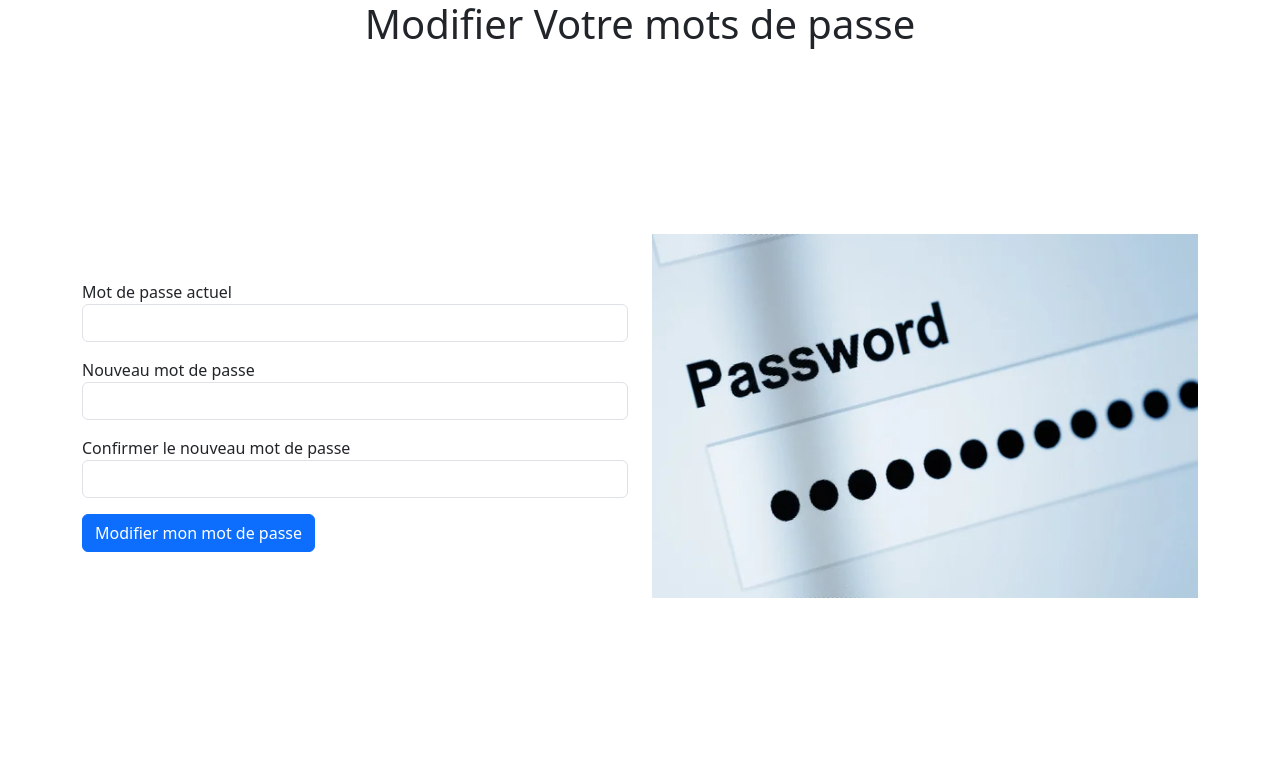
Repository: khadyba/GestionEtablissementScolaire
Page: resources/views/Professeurs/updatePassword.blade.php
An editor plug-in stored every save of this project. The page is shown before and after the next save, followed by the edit.
The browser window is 1280 px wide. The pictures show the whole page.
The page is served by the project's Laravel application, run on PHP 8.4 with Laravel 9. Other server files are loaded and not shown. The template is opened directly, without the code that normally fills it, so the values that code supplies are empty.

Above is the page before, as saved 2024-11-13 11:06:03.

### sunuEcole/routes/web.php
<?php

use App\Models\Classe;
use Illuminate\Support\Facades\Route;
use App\Http\Controllers\UsersController;
use App\Http\Controllers\ClasseController;
use App\Http\Controllers\ElevesController;
use App\Http\Controllers\ParentsController;
use App\Http\Controllers\PaymentController;
use App\Http\Controllers\AdminLoginController;
use App\Http\Controllers\ProfesseurController;
use App\Http\Controllers\ElevesCoursController;
use App\Http\Controllers\EvaluationsController;
use App\Http\Controllers\EtablissementController;
use App\Http\Controllers\SalleDeClasseController;
use App\Http\Controllers\AdministrateurController;
use App\Http\Controllers\EmploisDuTempsController;
use App\Http\Controllers\NotesController;
use App\Models\Administrateur;
use App\Models\Parents;

/*
|--------------------------------------------------------------------------
| Web Routes
|--------------------------------------------------------------------------
|
| Here is where you can register web routes for your application. These
| routes are loaded by the RouteServiceProvider within a group which
| contains the "web" middleware group. Now create something great!
|
*/

Route::get('/', function () {
    return view('layouts.app');
})->name('home');
            // Routes pour les utilisateurs
Route::prefix('users')->name('users.')->group(function () {
    Route::get('create', [UsersController::class, 'create'])->name('create');
    Route::post('/', [UsersController::class, 'store'])->name('store');
    Route::get('login', [UsersController::class, 'connection'])->name('login');
    Route::post('logout', [UsersController::class, 'logout'])->name('logout');
    Route::post('login', [UsersController::class, 'LoginForm'])->name('login.submit')->middleware('checkProfileCompletion');
});

// Routes pour creer  les administrateurs
Route::prefix('administrateurs')->name('administrateurs.')->group(function () {
    Route::get('create', [AdministrateurController::class, 'create'])->name('create');
    Route::post('/', [AdministrateurController::class, 'store'])->name('store');
});
// Routes pour la gestion de la connexion des administrateurs
Route::prefix('admin')->name('admin.')->group(function () {
    Route::get('login', [AdminLoginController::class, 'showLoginForm'])->name('login');
    Route::post('login', [AdminLoginController::class, 'login'])->name('login.submit');
    Route::post('logout', [AdminLoginController::class, 'logout'])->name('logout');
});
// route pour les administrateur dejat connecter
Route::middleware(['auth:admin'])->group(function () {
    Route::get('/admin/dashboard', [AdministrateurController::class, 'index'])->name('admin.dashboard');
    Route::post('/etablissement/creer', [EtablissementController::class, 'store'])->name('etablissements.store');
    Route::get('/etablissement/formulaire', [EtablissementController::class, 'create'])->name('etablissement.formulaire');
    Route::get('/admin/profile/edit', [AdministrateurController::class, 'edit'])->name('admin.profile.edit');
    Route::put('/admin/profile/update', [AdministrateurController::class, 'update'])->name('admin.profile.update');
    Route::get('/classes/create', [ClasseController::class, 'create'])->name('classes.create');
    Route::post('/classes', [ClasseController::class, 'store'])->name('classes.store');
    Route::get('/listDesClasses',[ClasseController::class,'index'])->name('classes.index');
    Route::get('/classes/{id}', [ClasseController::class, 'show'])->name('classes.show');
    Route::get('/classes/{id}/edit',[ClasseController::class,'edit'])->name('classes.edit');
    Route::put('/classes/{id}/update',[ClasseController::class,'update'])->name('classes.update');
    Route::delete('/classes/{id}',[ClasseController::class,'destroy'])->name('classes.destroy');
    Route::get('/classes/{id}/cours', [AdministrateurController::class, 'listeCours'])->name('list');
    // route pour creer les salle de classe
    Route::get('/admin/salles/create', [SalleDeClasseController::class, 'create'])->name('admin.salles.create');
    Route::post('/admin/salles/store', [SalleDeClasseController::class, 'store'])->name('admin.salles.store');
    Route::get('/admin/salles-de-classe', [SalleDeClasseController::class, 'index'])->name('admin.salles-de-classe.index');
    Route::get('/admin/sallesclasse/{id}/edit', [SalleDeClasseController::class, 'edit'])->name('admin.salles-de-classe.edit');
    Route::post('/admin/sallesclasse/{id}', [SalleDeClasseController::class, 'update'])->name('admin.salles-de-classe.update');
    Route::delete('/admin/sallesclasse/{id}', [SalleDeClasseController::class, 'destroy'])->name('admin.salles-de-classe.destroy');
    // route pour les affectations
    Route::get('/classes/{id}/eleves', [ClasseController::class, 'assignStudents'])->name('classes.assign.students');
    Route::get('/admin/eleves-inscrits', [AdministrateurController::class, 'listeElevesInscrits'])->name('admin.eleves.inscrits');
    Route::post('assign-eleves/{id}', [ClasseController::class, 'storeAssignedStudents'])->name('assign.eleves.store');
    Route::get('/classes/{id}/professeurs', [ClasseController::class, 'assignTeachers'])->name('classes.assign.teachers');
    Route::post('/classes/{id}/professeurs', [ClasseController::class, 'storeAssignedTeacher'])->name('classes.assign.teachers.store');
    Route::delete('/classes/{classeId}/professeurs/{professeurId}', [ClasseController::class, 'detachProfesseurFromClasse'])->name('classes.professeurs.detach');
    Route::delete('/classes/{classeId}/eleves/{eleveId}', [ClasseController::class, 'detachEleveClasse'])->name('classes.eleve.detach');
    Route::get('/classes/{classeId}/professeurs/manage', [ClasseController::class, 'manageProfessors'])->name('classes.professeurs.manage');
    Route::get('/classes/{classeId}/eleves/manage', [ClasseController::class, 'manageEleves'])->name('classes.eleves.manage');
    // route pour la gestion des emplois du temps
    Route::get('/emplois_du_temps', [EmploisDuTempsController::class, 'index'])->name('emplois_du_temps.index');
    Route::get('/emplois_du_temps/create/{classe}', [EmploisDuTempsController::class, 'create'])->name('emplois_du_temps.create');
    Route::post('/emplois_du_temps/store/{classe}', [EmploisDuTempsController::class, 'store'])->name('emplois_du_temps.store');
    Route::get('/emplois-du-temps/{id}/download', [EmploisDuTempsController::class, 'download'])->name('emplois_du_temps.download');
    // route pour l'ajout des professeur
    Route::get('/listProfAjouter',[AdministrateurController::class,'index'])->name('list.index');
    Route::get('/formulairAjout',[AdministrateurController::class,'formulaire'])->name('affiche.formulaire');
    Route::post('/AjouterProf',[AdministrateurController::class,'ajouterProfesseur'])->name('Ajout.ajouterProfesseur');

    Route::get('/professeurs', [AdministrateurController::class, 'listProfessors'])->name('professeurs.list');
    Route::delete('/professeurs/{id}', [AdministrateurController::class, 'destroyProfessor'])->name('professeurs.destroy');

    // route pour le calcul des moyenne et generation des bultin de notes
    Route::get('admin/classes/{id}/notes', [NotesController::class, 'showClassNotes'])->name('classes.notes');
    Route::get('admin/classes/eleves/{eleveId}/calculer-moyenne', [NotesController::class, 'calculerMoyenne'])->name('eleves.calculer_moyenne');
    Route::get('admin/classes/{classeId}/eleves/{eleveId}/bulletin', [NotesController::class, 'genererBulletin'])->name('eleves.bulletin');
    Route::get('admin/classes/{classeId}/eleves/{eleveId}/notes', [NotesController::class, 'showBulletin'])->name('classes.bulletin');
});

Route::middleware(['auth', 'checkProfileCompletion'])->group(function () {
    // Routes pour les professeurs
    Route::middleware('professor')->prefix('professeurs')->name('professeurs.')->group(function () {
        Route::get('/complete-profil', [ProfesseurController::class, 'showCompleteProfileForm'])->name('complete-profile');
        Route::post('/complete-profil', [ProfesseurController::class, 'completeProfile'])->name('complete-profile.store');
        Route::get('/profile/edit', [ProfesseurController::class, 'editProfile'])->name('profile.edit');
        Route::put('/profile/update', [ProfesseurController::class, 'updateProfile'])->name('profile.update');
        Route::get('/dashboard', [ProfesseurController::class, 'index'])->name('dashboard');
        Route::get('/listDesClasses', [ProfesseurController::class, 'index'])->name('classes.index');
        Route::get('/classes/{id}', [ProfesseurController::class, 'show'])->name('classes.show');
        Route::get('/cours/create/{classe}', [ProfesseurController::class, 'create'])->name('cours.create');
        Route::post('/cours', [ProfesseurController::class, 'store'])->name('cours.store');
        Route::get('/classes/{id}/cours', [ProfesseurController::class, 'listeCours'])->name('cours.list');
        Route::get('/cours/{id}', [ProfesseurController::class, 'detailCours'])->name('cours.detail');
        Route::get('/cours/{id}/edit', [ProfesseurController::class, 'edit'])->name('cours.edit');
        Route::put('/cours/{id}', [ProfesseurController::class, 'update'])->name('cours.update');
        Route::delete('/cours/{id}', [ProfesseurController::class, 'destroy'])->name('cours.destroy');
        Route::get('/salles/salleDisponible/{id}', [SalleDeClasseController::class, 'afficherSallesDisponibles'])->name('salle.disponible');
        Route::post('/cours/{coursId}/assign-salle/{salleId}', [SalleDeClasseController::class, 'assignSalle'])->name('cours.assignSalle');
        Route::get('/cours/download/{id}', [ProfesseurController::class, 'download'])->name('cours.download');
        Route::get('/classes/{id}/evaluations/create', [EvaluationsController::class, 'create'])->name('evaluations.create');
        Route::post('/evaluations/store', [EvaluationsController::class, 'store'])->name('evaluations.store');
        Route::get('/classes/{classe}/evaluations', [EvaluationsController::class, 'listEvaluations'])->name('evaluations.list');
        Route::get('/classes/{classeId}/evaluations/{evaluationId}/add_notes', [EvaluationsController::class, 'showAddNotesForm'])->name('evaluations.add_notes');
        Route::post('/classes/{id}/ajouter-notes', [EvaluationsController::class, 'storeNotes'])->name('evaluations.store_notes');
        Route::get('/notes/{classeId}', [NotesController::class, 'index'])->name('notes.list');
        Route::get('/notes/{note}/edit', [NotesController::class, 'edit'])->name('notes.edit');
        Route::post('/notes/{note}', [NotesController::class, 'update'])->name('notes.update');
        Route::delete('/notes/{note}', [NotesController::class, 'destroy'])->name('notes.delete');
        Route::get('/fomulaire/modifications/password', [UsersController::class,'editpassword'])->name('formulaire.modifications');
        Route::put('/modifer/password', [UsersController::class, 'updatePassword'])->name('update.password');



    });

    // Routes pour les élèves
    Route::middleware('student')->prefix('eleves')->name('eleves.')->group(function () {
        Route::get('/dashboard', [ElevesController::class, 'index'])->name('dashboard');
        Route::get('/cours', [ElevesController::class, 'index'])->name('cours.index');
        Route::get('/cours/{id}', [ElevesController::class, 'show'])->name('cours.show');
        Route::get('/cours/download/{id}', [ProfesseurController::class, 'download'])->name('cours.download');
        Route::get('/classes', [ElevesCoursController::class, 'index'])->name('classes.index');
        Route::get('/classes/{id}', [ElevesCoursController::class, 'show'])->name('classes.detail');
        Route::get('/classe/{id}/cours', [ElevesCoursController::class, 'listCours'])->name('cours.list');
        Route::get('/cours/{id}', [ElevesCoursController::class, 'detailCours'])->name('cours.detail');
        Route::get('/complete-profile', [ElevesController::class, 'completerProfil'])->name('completeProfileForm');
        Route::post('/complete-profile', [ElevesController::class, 'store'])->name('completeProfile');

        Route::get('/profile/edit', [ElevesController::class, 'editProfile'])->name('profile.edit');
        Route::put('/profile/update', [ElevesController::class, 'updateProfile'])->name('profile.update');

        Route::get('/pay-inscription', [PaymentController::class, 'redirectToPayment'])->name('payInscription');
        Route::get('/classes/{classe}/evaluations', [ElevesCoursController::class, 'listEvaluations'])->name('evaluations.list');
        Route::get('/notes', [ElevesCoursController::class, 'listNotes'])->name('notes.list');
        Route::get('/classes/{classeId}/eleves/{eleveId}/notes', [ElevesController::class, 'showBulletin'])->name('bulletin');
    });

    // Routes pour les parents
    Route::middleware('parent')->prefix('parents')->name('parents.')->group(function () {
        Route::get('/dashboard', [ParentsController::class, 'index'])->name('dashboard');
        Route::get('/complete-profile', [ParentsController::class, 'completerProfil'])->name('completeProfileForm');
        Route::post('/complete-profile', [ParentsController::class, 'store'])->name('completeProfile');
        Route::get('/pay-inscription', [ParentsController::class, 'redirectToPayment'])->name('payInscription');
        Route::get('/eleves/{eleve}/emploi_du_temps', [ParentsController::class, 'showEmploiDuTemps'])->name('eleves.emploi_du_temps');
        Route::get('/eleves/notes', [ParentsController::class, 'showNotes'])->name('eleves.notes');
        Route::get('/classes/{classeId}/eleves/{eleveId}/notes', [ParentsController::class, 'showBulletin'])->name('eleves.bulletin');

        Route::get('/profile/edit', [ParentsController::class, 'editProfile'])->name('profile.edit');
        Route::put('/profile/update', [ParentsController::class, 'updateProfile'])->name('profile.update');
    });
});


 // route apres le payment sur paydunya
 Route::get('payment/success', [PaymentController::class, 'success'])->name('payment.success');
 Route::get('payment/cancel', [PaymentController::class, 'cancel'])->name('payment.cancel');
 Route::post('payment/callback', [PaymentController::class, 'callback'])->name('payment.callback');


 Route::get('/test', function () {
    return view('layouts-admin.index');
})->name('test');

### sunuEcole/resources/views/Professeurs/updatePassword.blade.php
<!DOCTYPE html>
<html>
<head>
<meta charset="UTF-8">
<meta name="viewport" content="width=device-width, initial-scale=1.0">
<title>Completer profile</title>
<link rel="icon" type="image/png" href="{{ asset('assets/img/canvas.png') }}">
<link href="https://cdn.jsdelivr.net/npm/bootstrap@5.3.3/dist/css/bootstrap.min.css" rel="stylesheet" integrity="sha384-QWTKZyjpPEjISv5WaRU9OFeRpok6YctnYmDr5pNlyT2bRjXh0JMhjY6hW+ALEwIH" crossorigin="anonymous">
</head>
<body>


<div class= "container ">

        <h1 class="text-center p-50">Modifier Votre mots de passe </h1>

        <div class="row   d-flex align-items-center justify-content-center vh-100">

            <div class="col-md-6">
                @if(session('success'))
                <div class="alert alert-success">
                    {{ session('success') }}
                </div>
               @endif
                <form action="{{ route('professeurs.update.password') }}" method="POST">
                    @csrf
                    @method('PUT')

                    @if($errors->any())
                        <div class="alert alert-danger">
                            <ul>
                                @foreach ($errors->all() as $error)
                                    <li>{{ $error }}</li>
                                @endforeach
                            </ul>
                        </div>
                    @endif

                    <div class="form-group mb-3">
                        <label for="current_password">Mot de passe actuel</label>
                        <input type="password" name="current_password" id="current_password" class="form-control" required>
                    </div>

                    <div class="form-group mb-3">
                        <label for="new_password">Nouveau mot de passe</label>
                        <input type="password" name="new_password" id="new_password" class="form-control" required>
                    </div>

                    <div class="form-group mb-3">
                        <label for="new_password_confirmation">Confirmer le nouveau mot de passe</label>
                        <input type="password" name="new_password_confirmation" id="new_password_confirmation" class="form-control" required>
                    </div>

                    <button type="submit" class="btn btn-primary">Modifier mon mot de passe</button>
                </form>
            </div>


            <div class="col-md-6 text-center">
            <img src="{{ asset('assets/img/deposi.jpg') }}" alt="Image description" class="img-fluid ">
            </div>


        </div>
</div>


</body>
</html>

After the next save:
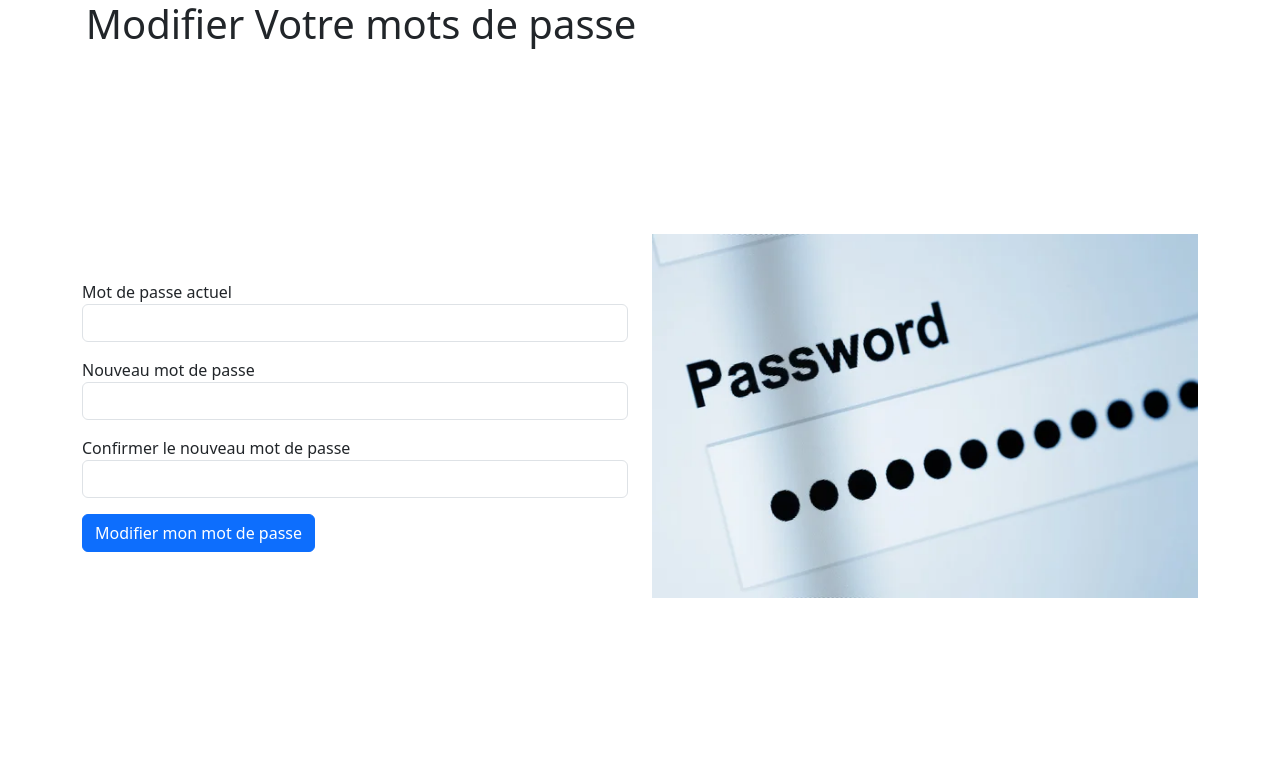
Saved 15 s later.
--- a/sunuEcole/resources/views/Professeurs/updatePassword.blade.php
+++ b/sunuEcole/resources/views/Professeurs/updatePassword.blade.php
@@ -12,7 +12,7 @@
 
 <div class= "container ">
 
-        <h1 class="text-center p-50">Modifier Votre mots de passe </h1>
+        <h1 class="text-center w-50">Modifier Votre mots de passe </h1>
 
         <div class="row   d-flex align-items-center justify-content-center vh-100">
 

After the save that followed:
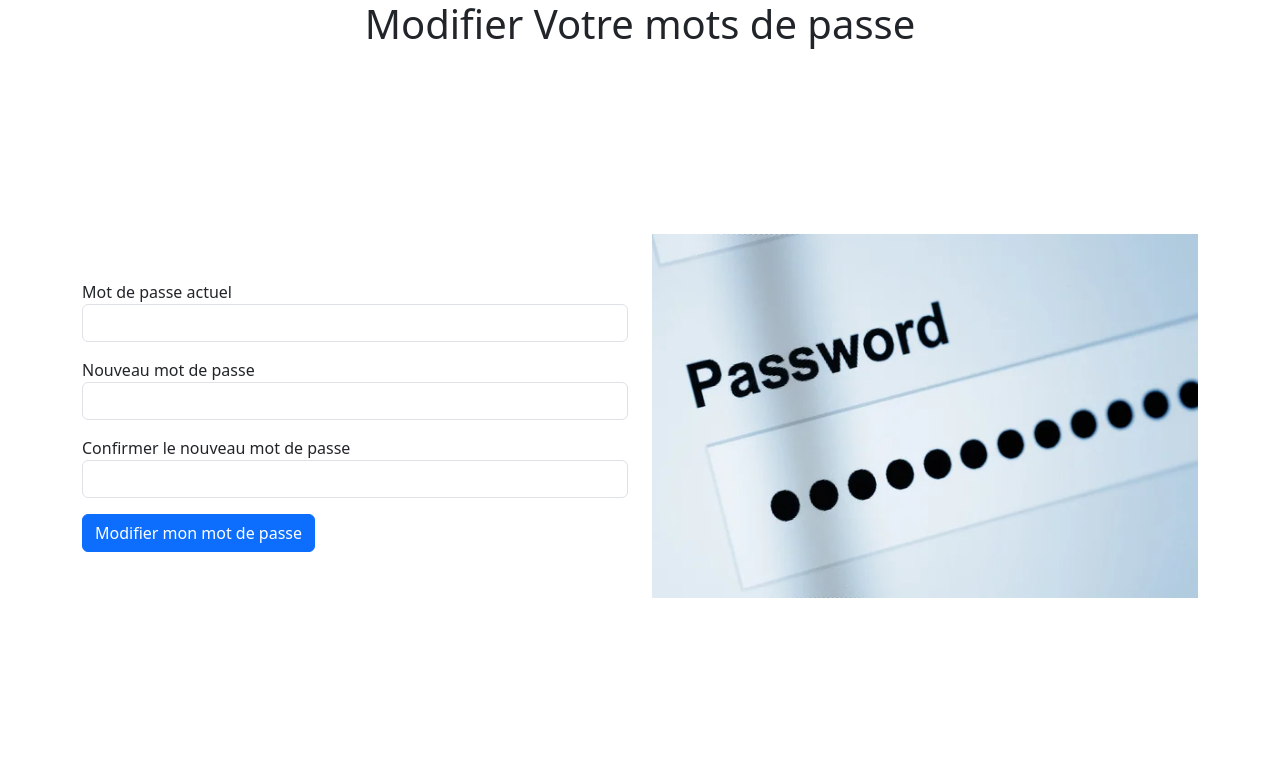
Saved 11 s later.
--- a/sunuEcole/resources/views/Professeurs/updatePassword.blade.php
+++ b/sunuEcole/resources/views/Professeurs/updatePassword.blade.php
@@ -12,7 +12,7 @@
 
 <div class= "container ">
 
-        <h1 class="text-center w-50">Modifier Votre mots de passe </h1>
+        <h1 class="text-center w-100">Modifier Votre mots de passe </h1>
 
         <div class="row   d-flex align-items-center justify-content-center vh-100">
 
